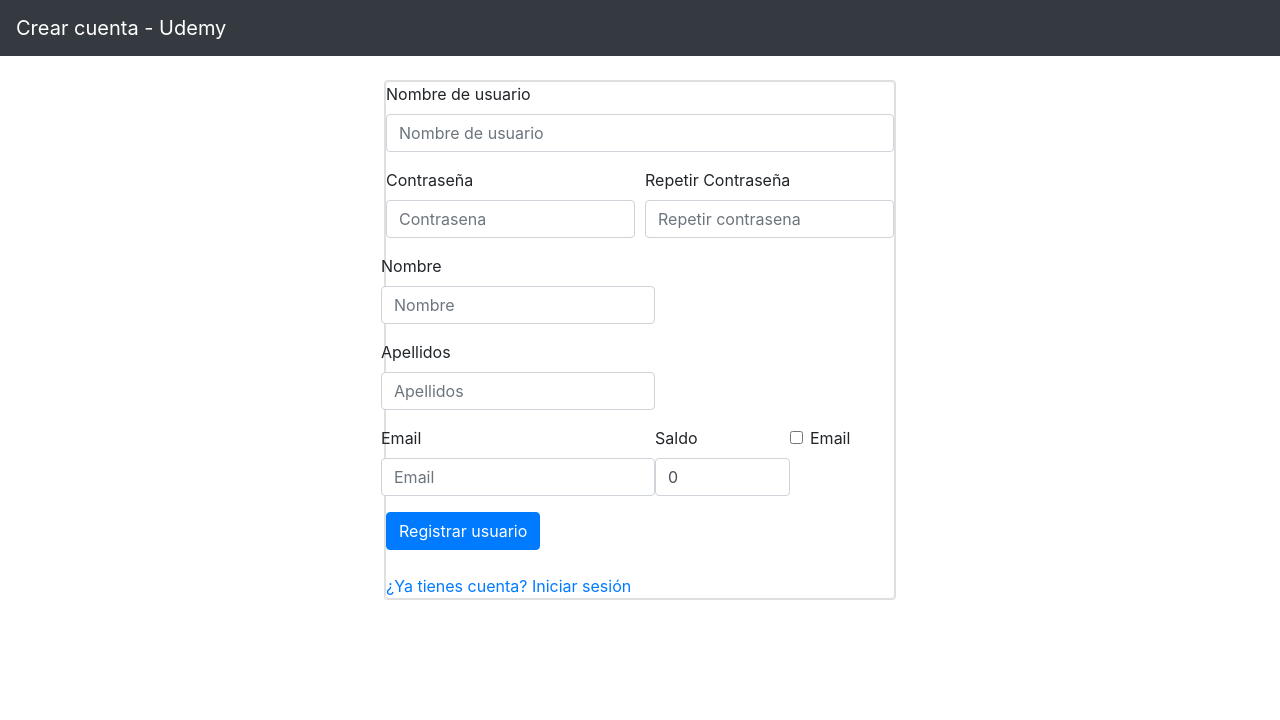
Repository: Enrique-git-hub/curso-java
Page: http://localhost/LibreriaUdemy/register.html
These files come from the project's save history. The page is drawn as it stood at one moment and after the next save; the edit follows.
The browser window is 1280 px wide. The pictures show the whole page.
The page is served by Tomcat 9.

Above is the page before, as saved 2025-03-19 08:16:21.

After the next save:
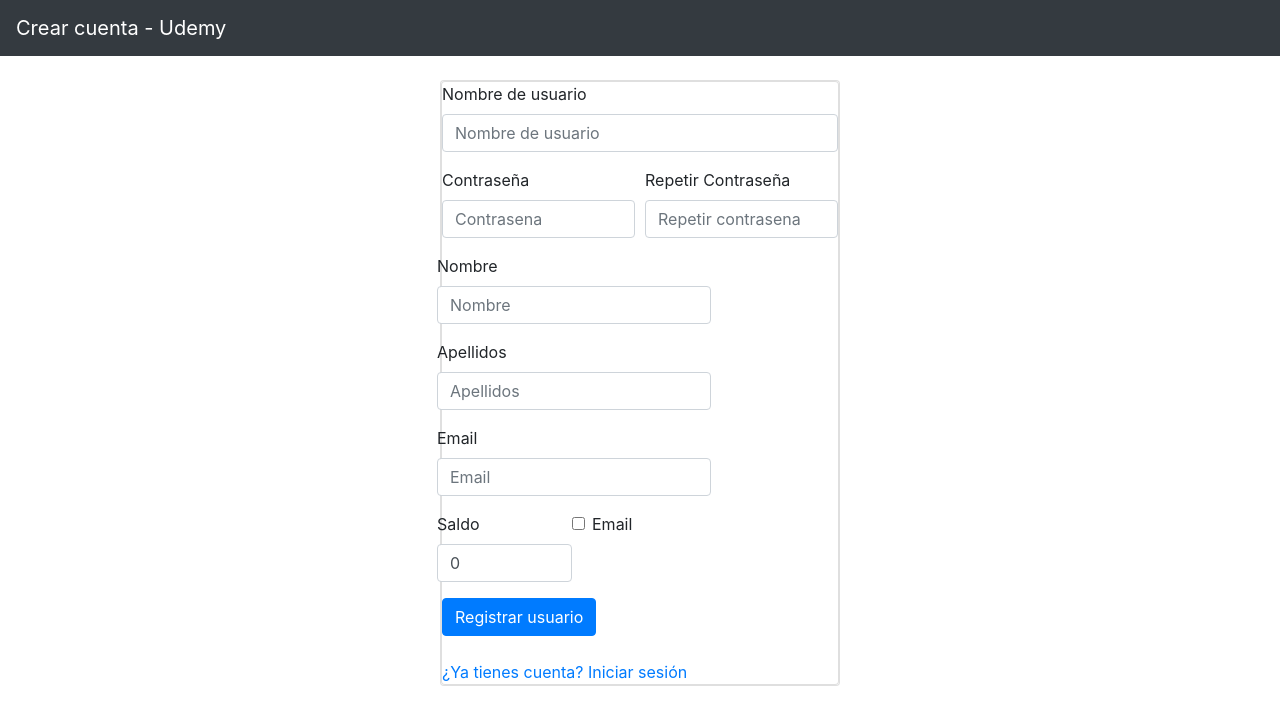
Saved 2 min 51 s later.
--- a/Workspace/LibreriaUdemy/src/main/webapp/css/index.css
+++ b/Workspace/LibreriaUdemy/src/main/webapp/css/index.css
@@ -8,5 +8,5 @@
 }
 
 .sizeDiv{
-	width: 40vw
+	width: 400px
 }
